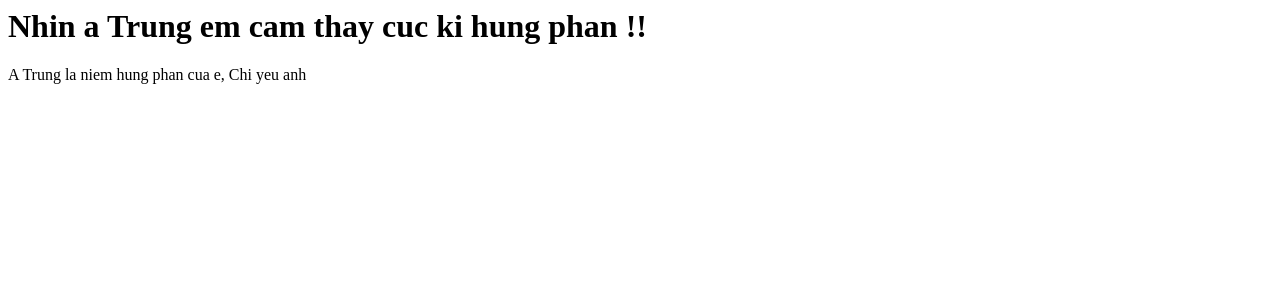
Repository: Hoquoctrung/github-anh-Trung-hihi
Page: about.html
These files come from the project's save history. The page is drawn as it stood at one moment and after the next save; the edit follows.
The browser window is 1280 px wide. The pictures show the whole page.

Above is the page before, as saved 2021-09-27 10:34:03.

### about.html
<h1>Nhin a Trung em cam thay cuc ki hung phan !!</h1>

<p>A Trung la niem hung phan cua e, Chi yeu anh</p>

After the next save:
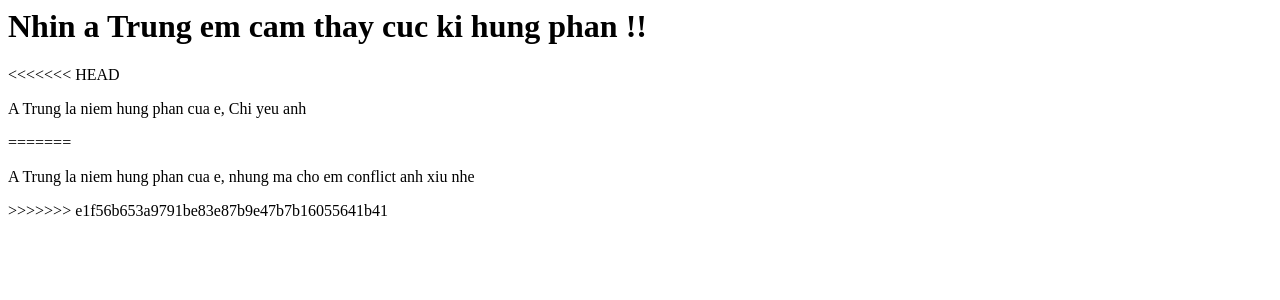
Saved 14 min 7 s later.
--- a/about.html
+++ b/about.html
@@ -1,3 +1,7 @@
 <h1>Nhin a Trung em cam thay cuc ki hung phan !!</h1>
 
+<<<<<<< HEAD
 <p>A Trung la niem hung phan cua e, Chi yeu anh</p>
+=======
+<p>A Trung la niem hung phan cua e, nhung ma cho em conflict anh xiu nhe </p>
+>>>>>>> e1f56b653a9791be83e87b9e47b7b16055641b41

After the save that followed:
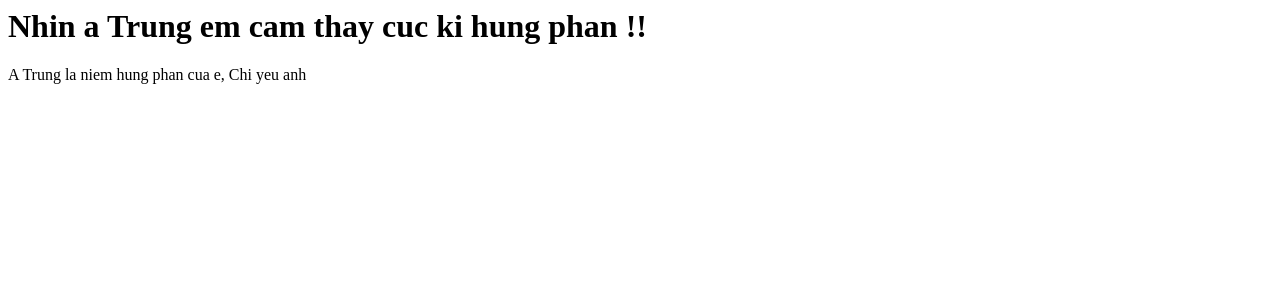
Saved 28 s later.
--- a/about.html
+++ b/about.html
@@ -1,7 +1,3 @@
 <h1>Nhin a Trung em cam thay cuc ki hung phan !!</h1>
 
-<<<<<<< HEAD
 <p>A Trung la niem hung phan cua e, Chi yeu anh</p>
-=======
-<p>A Trung la niem hung phan cua e, nhung ma cho em conflict anh xiu nhe </p>
->>>>>>> e1f56b653a9791be83e87b9e47b7b16055641b41
